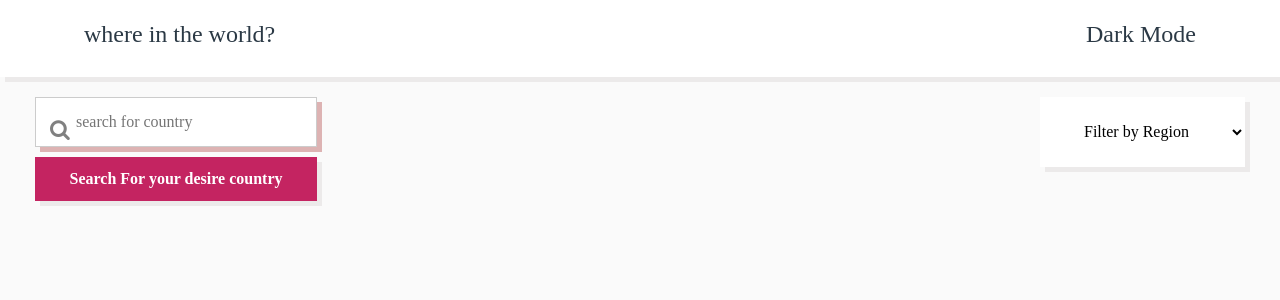
Repository: lamilekan263/countries
Page: /
The author's editor kept a copy of each file at every save. The page is drawn from the files as they stood at one save, then again after the next save.
The browser window is 1280 px wide. The pictures show the whole page.
The page's requests for data from a server got no answer. The project was rebuilt for these pictures with package versions that can differ from the ones it lists, and the page was loaded fresh each time. No one was signed in, and anything a server would have sent is missing. Also part of the build but not shown: src/components/country/country.css, src/components/country/country.jsx, src/components/selectCountryRegion/selectCountryRegion.styles.css, src/components/selectCountryRegion/selectCountryRegion.component.jsx.

Above is the page before, as saved 2020-07-30 16:46:27.

After the next save:
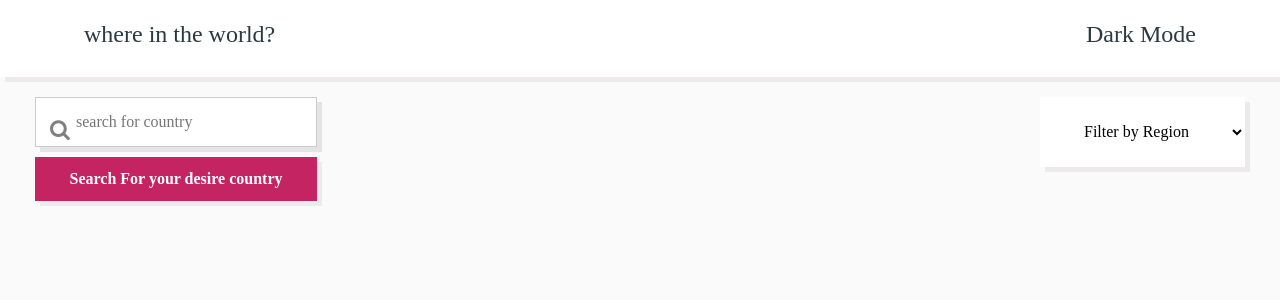
Saved 19 s later.
--- a/src/components/input.component/input.styles.css
+++ b/src/components/input.component/input.styles.css
@@ -1,7 +1,7 @@
 input{
     width:100%;
     border:none;
-    box-shadow:5px 5px rgb(221, 179, 179);
+    box-shadow:5px 5px rgb(228, 228, 228);
     padding: 12px 40px;
     display: inline-block;
     border: 1px solid #ccc;
